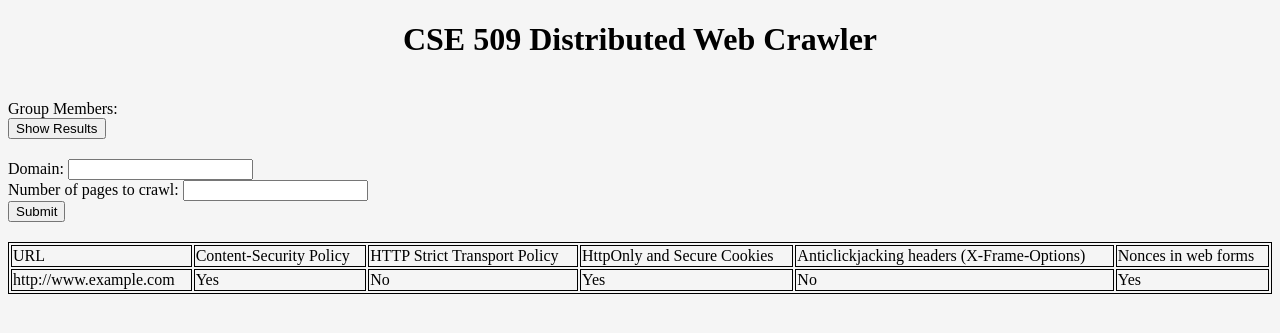
Repository: mfleish3/Crawler
Page: cse509/Crawling/WebContent/index.html
These files come from the project's save history. The page is drawn as it stood at one moment and after the next save; the edit follows.
The browser window is 1280 px wide. The pictures show the whole page.

Above is the page before, as saved 2015-11-07 22:00:59.

After the next save:
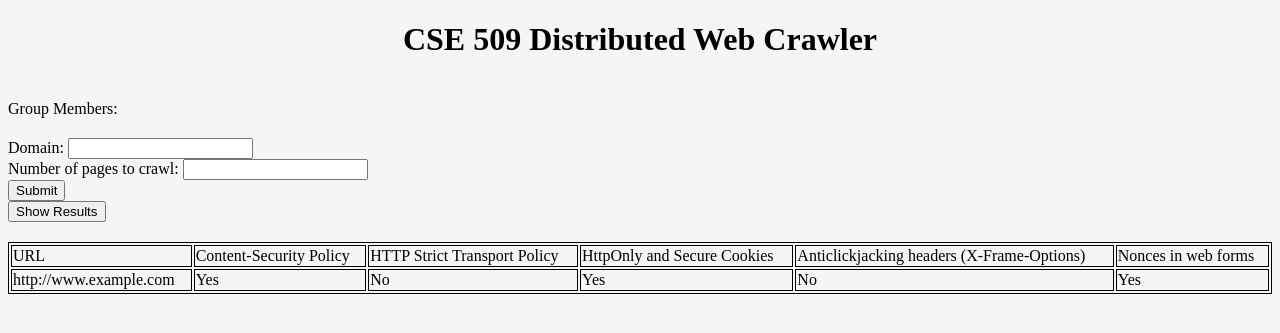
Saved 41 s later.
--- a/cse509/Crawling/WebContent/index.html
+++ b/cse509/Crawling/WebContent/index.html
@@ -18,10 +18,6 @@
 	  		<a></a>
 	  	</div>
 
-	  	<div>
-	  		<button type="button">Show Results</button>
-	  	</div>
-
 	  	<div id="divInitialize">
 	  		<form name="initializeForm" method="post" action="UserInput">
 			  Domain: <input type="text" name="domainName"><br>
@@ -30,6 +26,9 @@
 			</form>
 	  	</div>
 
+	  	<div>
+	  		<button type="button">Show Results</button>
+	  	</div>
 
 		  <div id="divTableMain">
 		  	<table id="tableMain">
